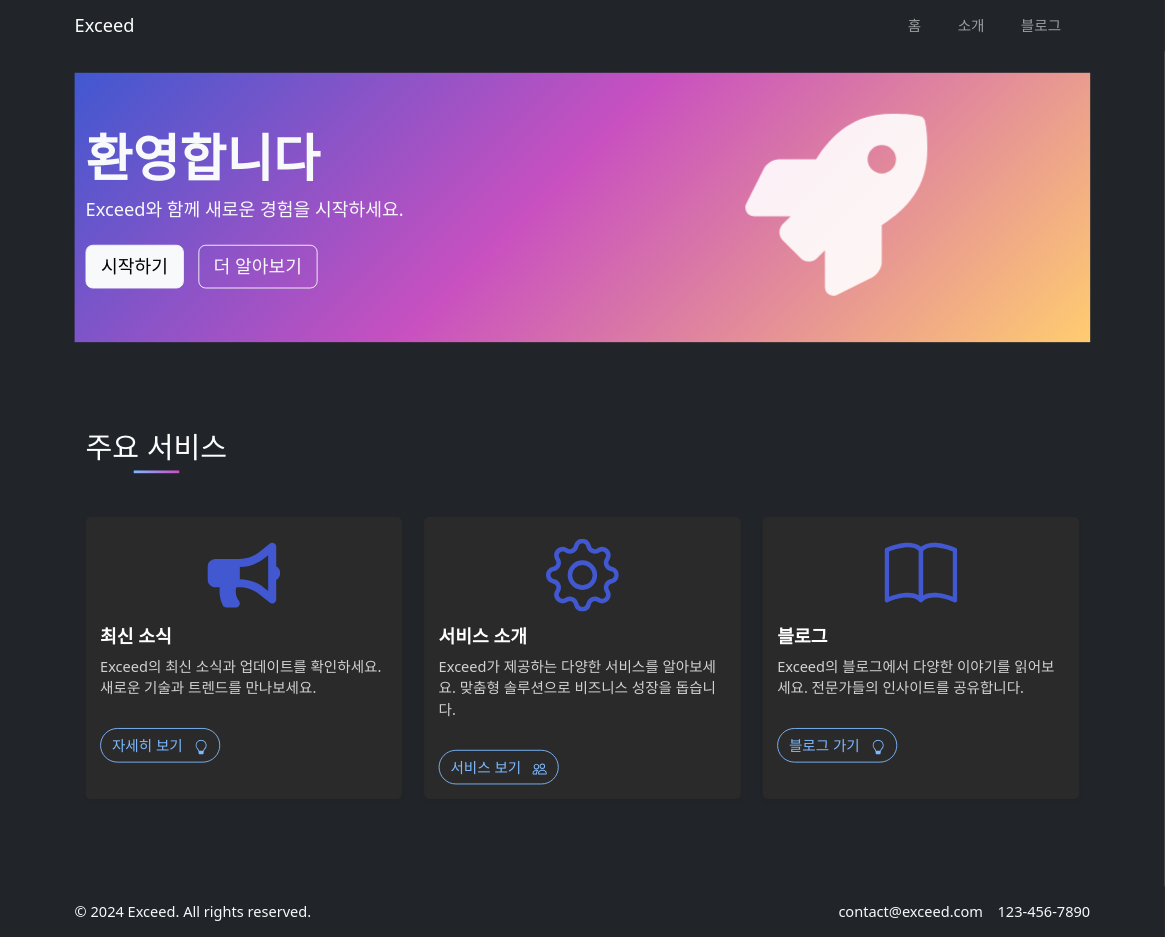
Repository: somej-123/exceed
Page: /
These files come from the project's save history. The page is drawn as it stood at one moment and after a run of saves; the edit follows.
The browser window is 1280 px wide. The pictures show the whole page, at 91% of full size.
The project was rebuilt for these pictures with package versions that can differ from the ones it lists, and the page was loaded fresh each time. Also part of the build but not shown: vite.config.ts, src/pages/Info.tsx, src/pages/Blog.tsx.

Above is the page before, as saved 2025-03-23 19:59:52.

After the next 3 saves:
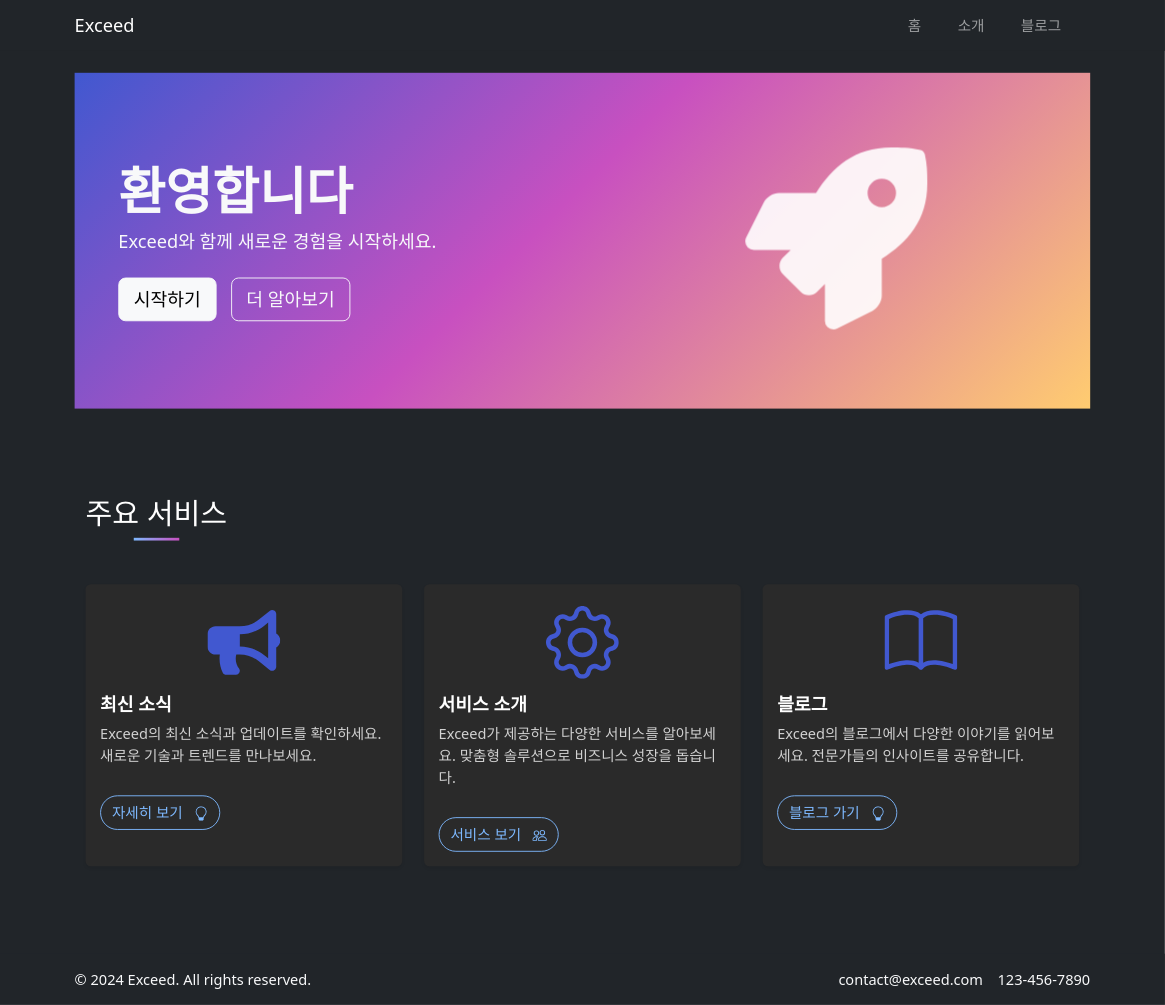
The 3 saves are shown as one change because they came seconds apart.
The last was saved 7 s later.
--- a/src/pages/Home.tsx
+++ b/src/pages/Home.tsx
@@ -10,7 +10,7 @@
       <div className="hero-section text-light py-5 mb-5">
         <Container>
           <Row className="align-items-center">
-            <Col md={6} className="mb-md-0 pl-5 pr-5">
+            <Col md={6} className="mb-md-0 p-5">
               <h1 className="display-4 fw-bold">환영합니다</h1>
               <p className="lead mb-4">Exceed와 함께 새로운 경험을 시작하세요.</p>
               <Button variant="light" size="lg" className="me-3">시작하기</Button>

After the 3 saves that followed:
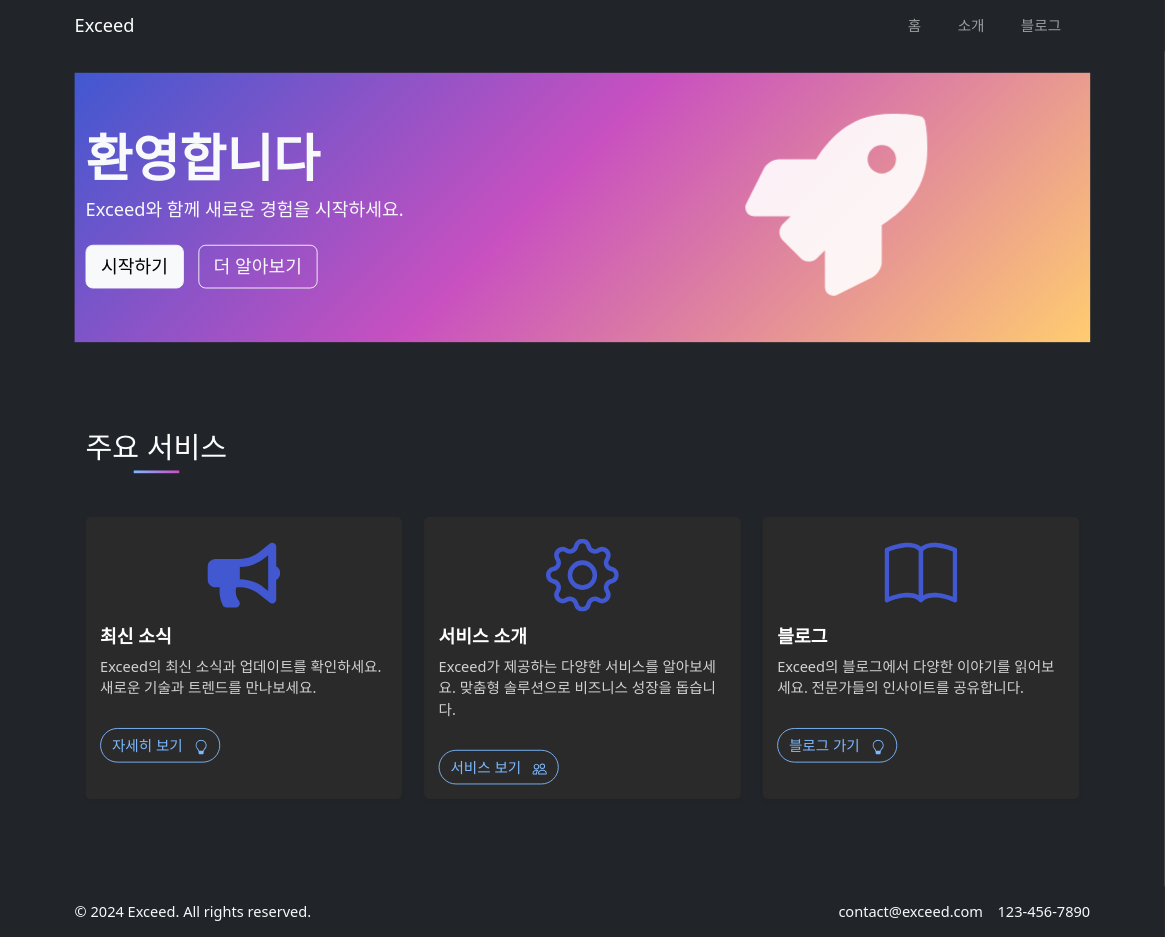
The 3 saves are shown as one change because 2 left the picture as it was.
The last was saved 57 s later.
--- a/src/pages/Home.tsx
+++ b/src/pages/Home.tsx
@@ -10,7 +10,7 @@
       <div className="hero-section text-light py-5 mb-5">
         <Container>
           <Row className="align-items-center">
-            <Col md={6} className="mb-md-0 p-5">
+            <Col md={6} className="mb-md-0">
               <h1 className="display-4 fw-bold">환영합니다</h1>
               <p className="lead mb-4">Exceed와 함께 새로운 경험을 시작하세요.</p>
               <Button variant="light" size="lg" className="me-3">시작하기</Button>
